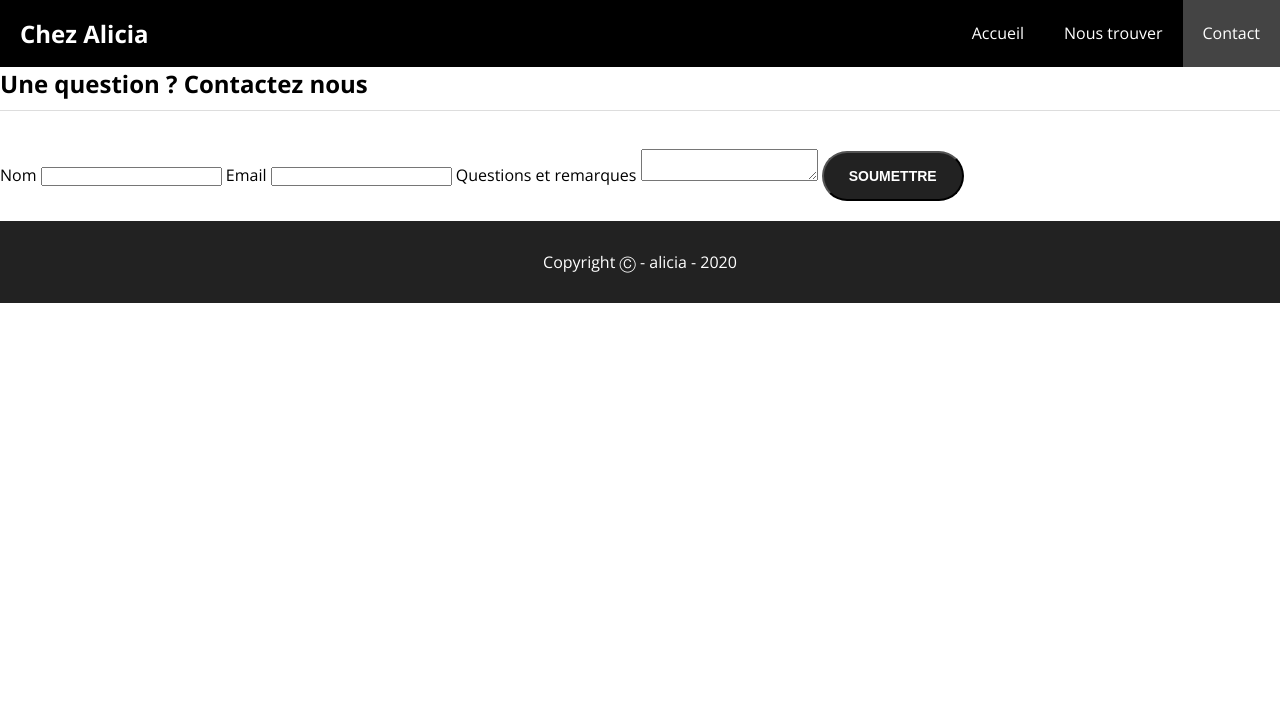
Repository: Hiliyeh/static-coffee
Page: contact.html
The author's editor kept a copy of each file at every save. The page is drawn from the files as they stood at one save, then again after the next save.
The browser window is 1280 px wide. The pictures show the whole page.
Some web libraries are served in a nearby version.

Above is the page before, as saved 2020-05-02 19:39:48.

### contact.html
<!DOCTYPE html>
<html lang="en">
  <head>
    <meta charset="UTF-8" />
    <meta name="viewport" content="width=device-width, initial-scale=1.0" />
    <meta http-equiv="X-UA-Compatible" content="ie=edge" />
    <link rel="stylesheet" href="style.css" />
    <script
      src="https://kit.fontawesome.com/f8641e5e4d.js"
      crossorigin="anonymous"
    ></script>
    <link
      href="https://fonts.googleapis.com/css?family=Open+Sans:300,400,700&display=swap"
      rel="stylesheet"
    />
    <title>Chez Alicia | Accueil</title>
  </head>
  <body>
    <header class="header">
      <nav>
        <h1>
          <a href="./index.html">Chez Alicia </a>
        </h1>
        <ul>
          <li><a href="./index.html">Accueil</a></li>
          <li><a href="./lieu.html">Nous trouver</a></li>
          <li><a class="active" href="./contact.html">Contact</a></li>
        </ul>
      </nav>
    </header>
    <section class="contact">
      <div class="contact-form-container">
        <form action="#">
          <h1 class="underline">Une question ? Contactez nous</h1>
          <label class="my-20" for="name">Nom</label>
          <input type="text" name="name" id="name" />
          <label class="my-20" for="email">Email</label>
          <input type="email" name="email" id="email" />
          <label class="my-20" for="question">Questions et remarques</label>
          <textarea name="question" id="question"></textarea>
          <button class="btn btn-dark my-20">SOUMETTRE</button>
        </form>
      </div>
    </section>
    <footer>
      <p>Copyright &#9400; - alicia - 2020</p>
    </footer>
  </body>
</html>

### style.css
/* General */
* {
  margin: 0;
  padding: 0;
  box-sizing: border-box;
}

html,
body {
  font-family: "Open Sans", sans-serif;
}

h1,
h2,
h3 {
  margin-bottom: 20px;
}

a {
  color: #222;
  text-decoration: none;
}

p {
  margin-bottom: 10px;
}

.my-10 {
  margin-top: 10px;
  margin-bottom: 10px;
}

.separator {
  margin: 20px auto;
  height: 10px;
  width: 100px;
  background: #111;
}

.btn {
  display: inline-block;
  font-size: 14px;
  padding: 15px 25px;
  border-radius: 30px;
  font-weight: 700;
}

.btn-primary {
  background: white;
  color: #222;
}

.btn-primary:hover {
  background: #222;
  color: white;
}

/* Header */

.header {
  background: black;
  overflow: auto;
  line-height: 1.7em;
}

.header nav h1 {
  float: left;
  padding: 20px;
  margin-bottom: 0;
}

.header nav h1 a {
  color: white;
}

.header nav ul {
  float: right;
  list-style: none;
}

.header nav ul li {
  float: left;
}

.header nav ul li a {
  color: white;
  padding: 20px;
  display: block;
}

.header nav ul li a:hover,
.active {
  background: #444;
}

/* value proposition */
.vp {
  height: 700px;
  background: url("img/cafe1.jpg")
    center center;
  background-size: cover;
  text-align: center;
}

.vp-content {
  max-width: 600px;
  padding-top: 150px;
  color: white;
  margin: auto;
}

.vp-content h1 {
  font-size: 50px;
}

.vp-content p {
  font-size: 18px;
  letter-spacing: 0.5px;
  line-height: 1.9em;
}
/* ... */
.container {
  max-width: 1000px;
  display: block;
  margin: auto;
}
/* ... */
/* features */

.features {
  overflow: auto;
  padding: 100px 0;
  text-align: center;
}

.feature {
  float: left;
  width: 50%;
}
/* ... */
.my-20 {
  margin-top: 20px;
  margin-bottom: 20px;
}
/* ... */
.btn-dark {
  background: #222;
  color: white;
}

.btn-dark:hover {
  background: white;
  color: #222;
  border: 1px solid #222;
}

/* ... */
.person{  background: url("https://dyma-images.s3.fr-par.scw.cloud/html-css/projects/project1/cafe2.jpg")


}
/* reservation */

.reservation {
  padding: 100px 0px;
  text-align: center;
}

/* ... */
.underline {
  padding-bottom: 10px;
  border-bottom: 1px solid #ddd;
}

.chip {
  display: inline-block;
  text-align: center;
  width: 30px;
  border-radius: 100%;
  background: #333;
  color: white;
}

.chip-purple {
  background: #be418c;
}

.chip-brown {
  background: #8c5e24;
}
/* ... */

/* where */

.where {
  padding: 180px 0;
  overflow: auto;
  min-height: 100vh;
}

.where-img {
  float: left;
  width: 45%;
  border: 1px solid #ddd;
  border-radius: 5px;
}

.where-text {
  float: right;
  width: 50%;
}

/* footer */

footer {
  background: #222;
  color: white;
  padding: 30px 0;
  text-align: center;
}


footer p {
  margin-bottom: 0px;
}

After the next save:
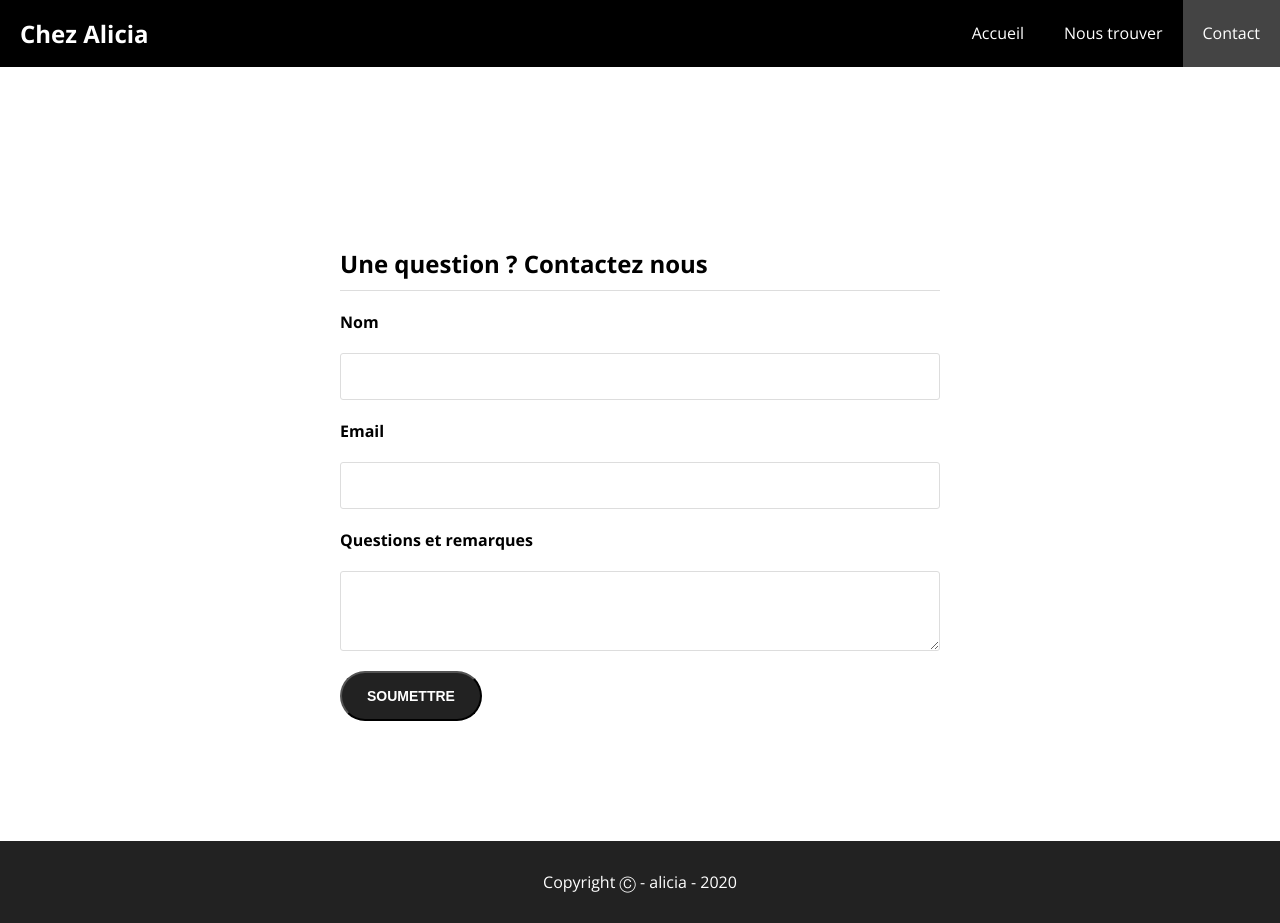
Saved 81 s later.
--- a/style.css
+++ b/style.css
@@ -210,6 +210,38 @@ p {
   width: 50%;
 }
 
+/* ... */
+
+/* contact */
+
+.contact {
+  padding: 180px 0px 100px 0px;
+  min-height: 100vh;
+}
+
+.contact-form-container {
+  max-width: 600px;
+  margin: auto;
+}
+
+.contact-form-container form label {
+  display: block;
+  font-weight: 700;
+}
+
+.contact-form-container form input,
+textarea {
+  display: block;
+  width: 100%;
+  padding: 15px;
+  border: 1px solid #ddd;
+  border-radius: 3px;
+}
+
+.contact-form-container form textarea {
+  min-height: 80px;
+}
+
 /* footer */
 
 footer {
